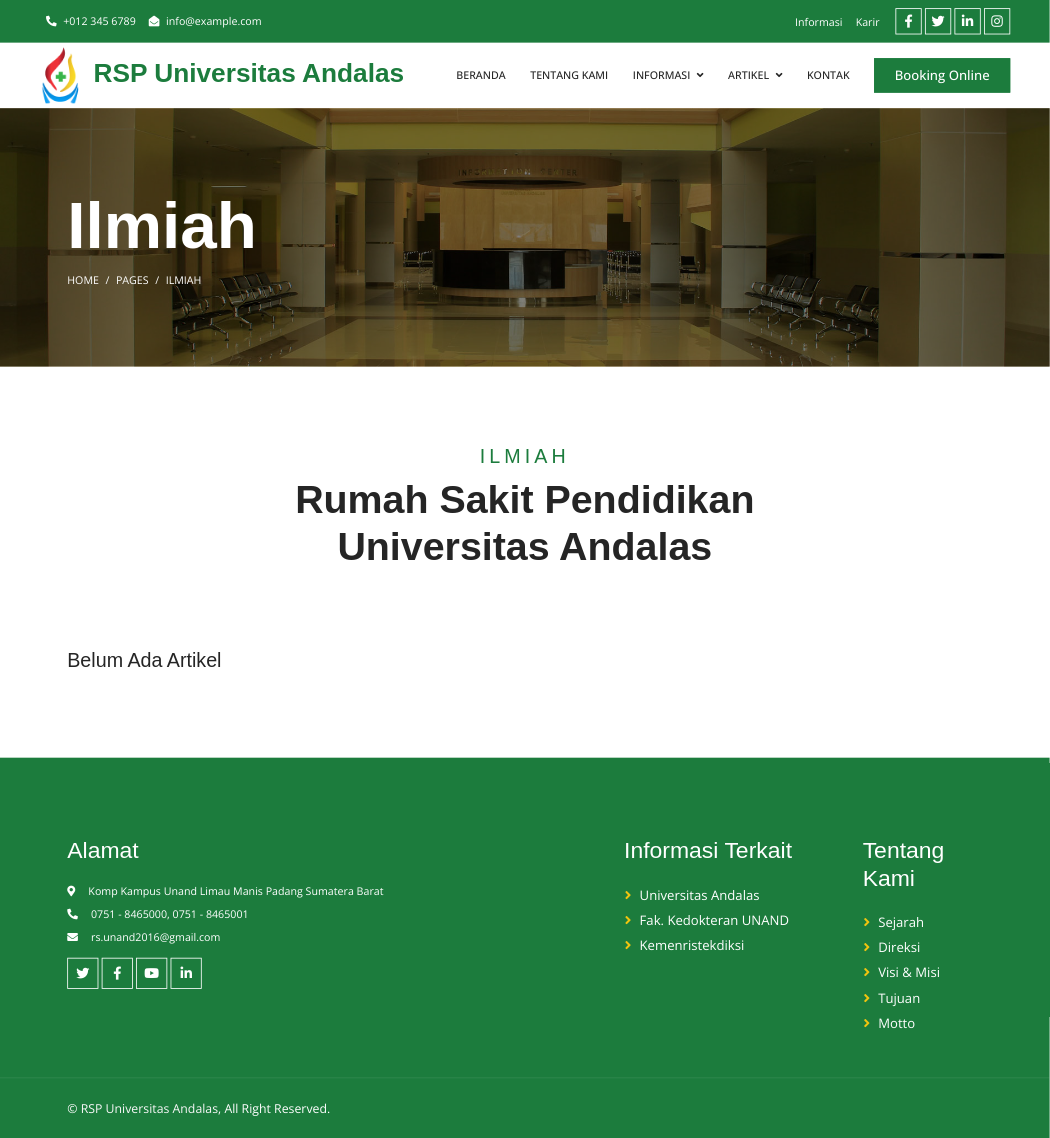
Repository: vivin-erialis/rsunand-site
Page: http://localhost/ilmiah
The author's editor kept a copy of each file at every save. The page is drawn from the files as they stood at one save, then again after the next save.
The browser window is 1280 px wide. The pictures show the whole page, at 82% of full size.
Some web fonts or font styles are not loaded; a fallback is used. Some web libraries are served in a nearby version. The page is served by the project's Laravel application, run on PHP 8.4 with Laravel 12. Queries for data that is not in the repository find no rows.

Above is the page before, as saved 2024-04-29 09:59:22.
Console error: TypeError: Cannot read properties of undefined (reading 'version')

After the next save:
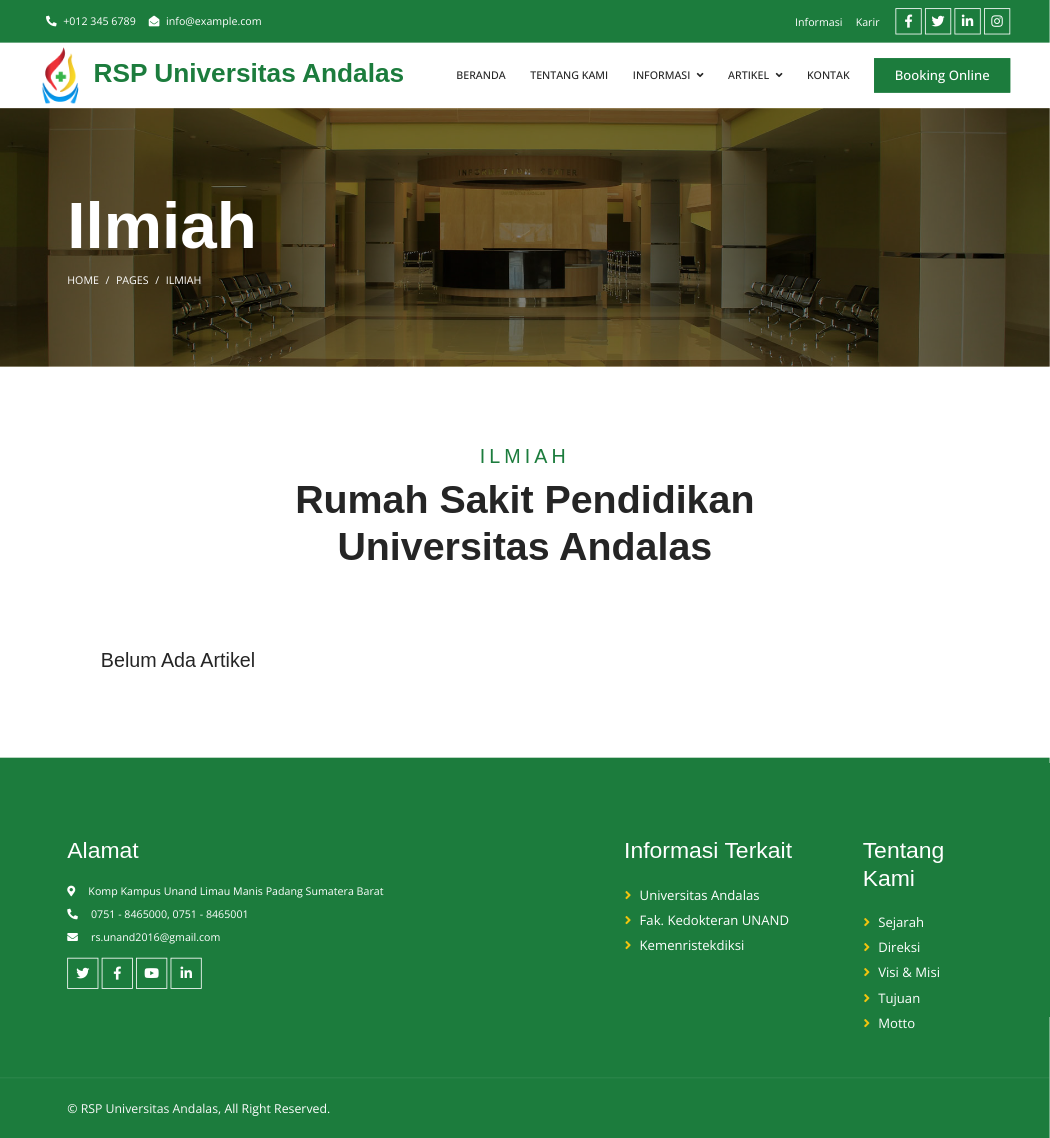
Saved 8 s later.
--- a/resources/views/Frontend/artikel/ilmiah.blade.php
+++ b/resources/views/Frontend/artikel/ilmiah.blade.php
@@ -11,7 +11,7 @@
             </div>
             <dvi class="container-berita">
                 @if ($ilmiah->isEmpty())
-                    <h4 class="mt-5">Belum Ada Artikel</h4>
+                    <h4 class="mt-5 text-center">Belum Ada Artikel</h4>
                 @endif
                 @foreach ($ilmiah as $item)
                     <div class="card">
